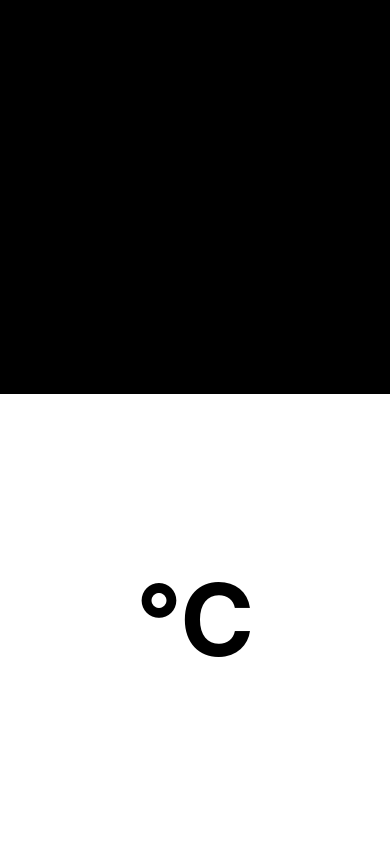
Repository: NewTurn2017/React-Native-Weather-App
Screen: /
The author's editor kept a copy of each file at every save. The screen is drawn from the files as they stood at one save, then again after the next save.
The app was drawn by React Native's web renderer in a window 390 px wide. The project was rebuilt for these pictures with package versions that can differ from the ones it lists, and the page was loaded fresh each time.

Above is the screen before, as saved 2023-04-21 12:23:06.

### App.js
import { StatusBar } from 'expo-status-bar'
import { View, Text, StyleSheet, ScrollView, Dimensions } from 'react-native'
import React, { useState, useEffect } from 'react'
import * as Location from 'expo-location'
import axios from 'axios'

const { width: SCREEN_WIDTH } = Dimensions.get('window')

export default function App() {
  const [city, setCity] = useState('')
  const [temperature, setTemperature] = useState('')
  const [description, setDescription] = useState('')

  useEffect(() => {
    getLocationAsync()
  }, [])

  const getLocationAsync = async () => {
    try {
      let { status } = await Location.requestForegroundPermissionsAsync()

      if (status !== 'granted') {
        console.log('Permission to access location was denied')
        return
      }

      let location = await Location.getCurrentPositionAsync({})
      let { latitude, longitude } = location.coords
      const API_KEY = '826d7a44b198cf8c95e55967b086ae22'
      const { data } = await axios.get(
        `https://api.openweathermap.org/data/2.5/weather?lat=${latitude}&lon=${longitude}&appid=${API_KEY}&units=metric`
      )

      setCity(data.name)
      setTemperature(data.main.temp)
      setDescription(data.weather[0].description)
    } catch (error) {
      console.log(error)
    }
  }

  return (
    <View style={styles.container}>
      <StatusBar style="light" />
      <View style={styles.city}>
        <Text style={styles.cityName}>{city}</Text>
      </View>

      <ScrollView
        pagingEnabled
        horizontal
        showsVerticalScrollIndicator={false}
        contentContainerStyle={styles.weather}
      >
        <View style={styles.day}>
          <Text style={styles.temp}>{temperature}°C</Text>
          <Text style={styles.description}>{description}</Text>
        </View>
      </ScrollView>
    </View>
  )
}

const styles = StyleSheet.create({
  container: {
    flex: 1,
    backgroundColor: 'black',
  },
  cityName: {
    color: 'white',
    fontSize: 68,
    fontWeight: 'bold',
  },
  city: {
    flex: 1.2,
    backgroundColor: 'black',
    alignItems: 'center',
    justifyContent: 'center',
  },
  weather: {
    backgroundColor: 'white',
    alignItems: 'center',
  },
  day: {
    width: SCREEN_WIDTH,
    alignItems: 'center',
  },
  temp: {
    color: 'black',
    fontSize: 100,
    fontWeight: 'bold',
  },
  description: {
    color: 'black',
    fontSize: 40,
    fontWeight: 'bold',
  },
})

After the next save:
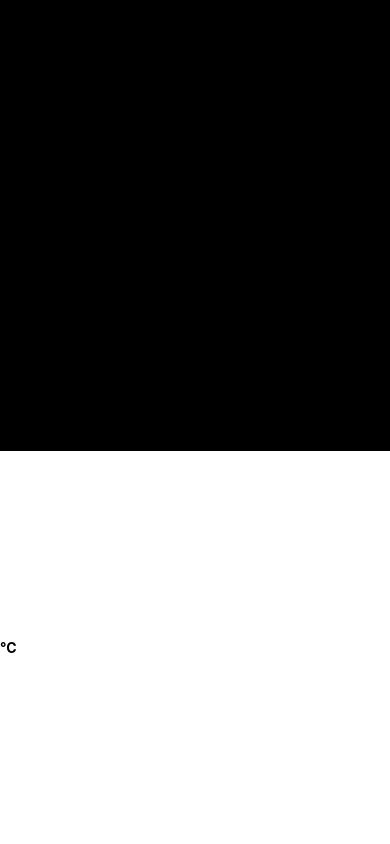
Saved 101 s later.
--- a/App.js
+++ b/App.js
@@ -87,7 +87,7 @@
   },
   temp: {
     color: 'black',
-    fontSize: 100,
+    width: SCREEN_WIDTH,
     fontWeight: 'bold',
   },
   description: {

After the 2 saves that followed:
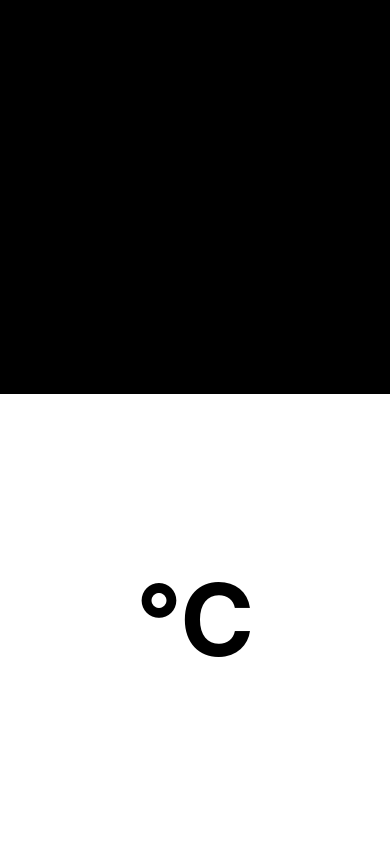
The 2 saves are shown as one change because they came seconds apart.
The last was saved 12 s later.
--- a/App.js
+++ b/App.js
@@ -87,7 +87,7 @@
   },
   temp: {
     color: 'black',
-    width: SCREEN_WIDTH,
+    fontSize: 100,
     fontWeight: 'bold',
   },
   description: {
